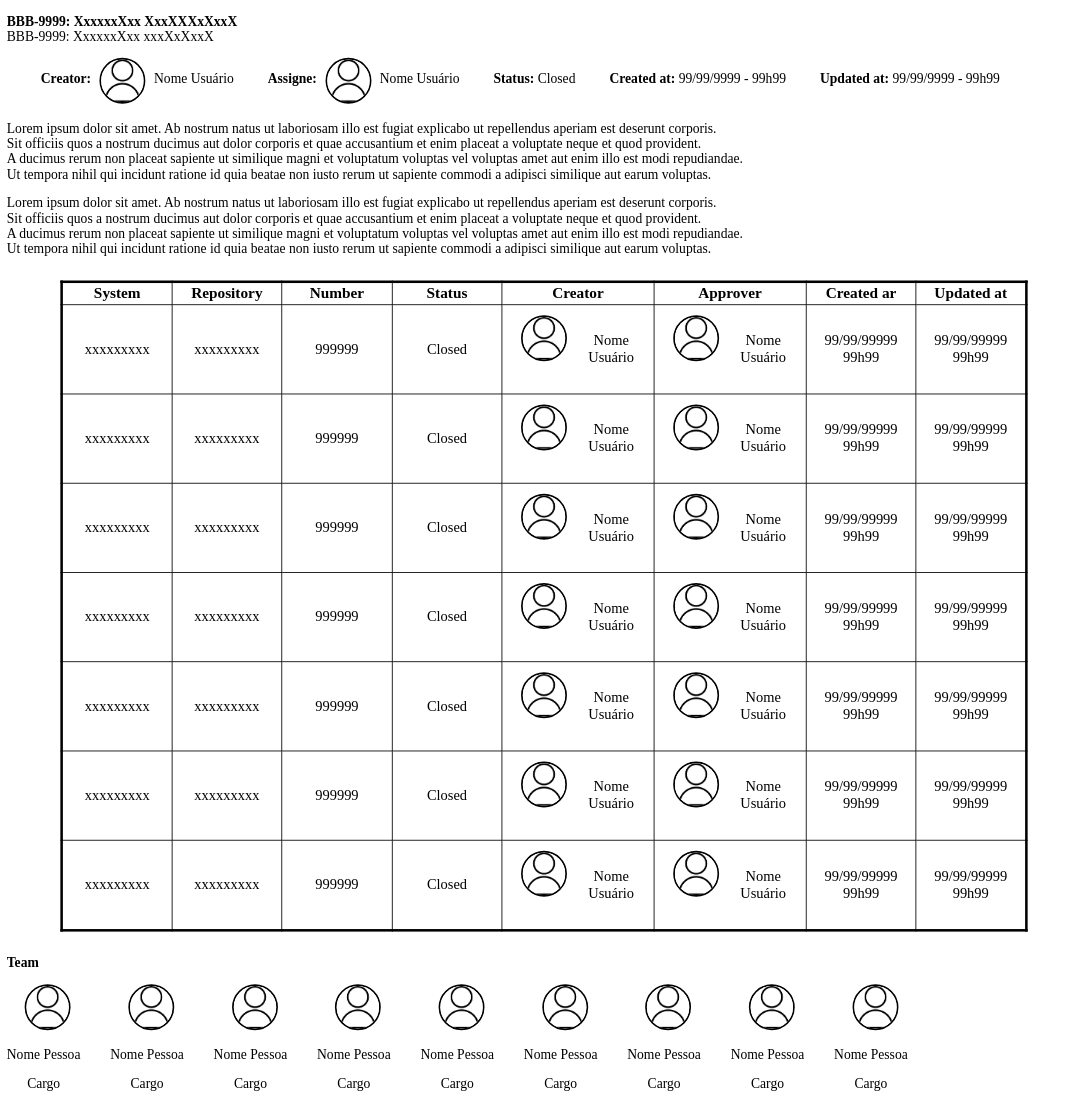
Repository: AnaBerlanda/PaginaFer
Page: index.html
An editor plug-in stored every save of this project. The page is shown before and after the next save, followed by the edit.
The browser window is 1280 px wide. The pictures show the whole page, at 85% of full size.

Above is the page before, as saved 2022-05-23 22:00:15.

### index.html
<!DOCTYPE html>
<html lang="en">
<head>
    <meta charset="UTF-8">
    <meta http-equiv="X-UA-Compatible" content="IE=edge">
    <meta name="viewport" content="width=device-width, initial-scale=1.0">
    <link type="text/css" rel="stylesheet" href="index.css">
    <title>Release</title>
</head>
<body>
    <p>
        <strong>BBB-9999: XxxxxxXxx XxxXXXxXxxX</strong><br>
        BBB-9999: XxxxxxXxx xxxXxXxxX
    </p>
    <div class="container">
        <div class="textos">
        <p class="sub-titulos"><strong>Creator:</strong></p>
        </div>
        <div class="imagem">
            <img src="imagem/Icone-usuario-Png-1024x1024.png">
        </div>
        <div class="nome-usuario">
            <p>Nome Usuário</p>
        </div>
        <div class="textos">
            <p class="sub-titulos"><strong>Assigne:</strong></p>
        </div>
            <div class="imagem">
                <img src="imagem/Icone-usuario-Png-1024x1024.png">
            </div>
            <div class="nome-usuario">
                <p>Nome Usuário</p>
            </div>
        <div class="textos">
            <p class="sub-titulos"><strong>Status:</strong> Closed</p>
        </div>
        <div class="textos">
            <p class="sub-titulos"><strong>Created at:</strong> 99/99/9999 - 99h99</p>
        </div>
        <div class="textos">
            <p class="sub-titulos"><strong>Updated at:</strong> 99/99/9999 - 99h99</p>
        </div>
    </div>
    <p>
        Lorem ipsum dolor sit amet. Ab nostrum natus ut laboriosam illo est fugiat explicabo ut repellendus aperiam est deserunt corporis.<br> Sit officiis quos a nostrum ducimus aut dolor corporis et quae accusantium et enim placeat a voluptate neque et quod provident.<br> A ducimus rerum non placeat sapiente ut similique magni et voluptatum voluptas vel voluptas amet aut enim illo est modi repudiandae.<br> Ut tempora nihil qui incidunt ratione id quia beatae non iusto rerum ut sapiente commodi a adipisci similique aut earum voluptas.
    </p>
    <p>
        Lorem ipsum dolor sit amet. Ab nostrum natus ut laboriosam illo est fugiat explicabo ut repellendus aperiam est deserunt corporis.<br> Sit officiis quos a nostrum ducimus aut dolor corporis et quae accusantium et enim placeat a voluptate neque et quod provident.<br> A ducimus rerum non placeat sapiente ut similique magni et voluptatum voluptas vel voluptas amet aut enim illo est modi repudiandae.<br> Ut tempora nihil qui incidunt ratione id quia beatae non iusto rerum ut sapiente commodi a adipisci similique aut earum voluptas.
    </p>
    <table class="tabela">
        <tr>
            <th>System</th>
            <th>Repository</th>
            <th>Number</th>
            <th>Status</th>
            <th>Creator</th>
            <th>Approver</th>
            <th>Created ar</th>
            <th>Updated at</th>
        </tr>
        <tr>
            <td>xxxxxxxxx</td>
            <td>xxxxxxxxx</td>
            <td>999999</td>
            <td>Closed</td>
            <td>
                <div class="tabela-imagem">
                    <div class="imagem">
                    <img src="imagem/Icone-usuario-Png-1024x1024.png">
                    </div>
                <div class="textos">
                    <p class="nome">Nome Usuário</p>
                </div>
                </div>
            </td>
            <td>
                <div class="tabela-imagem">
                    <div class="imagem">
                    <img src="imagem/Icone-usuario-Png-1024x1024.png">
                    </div>
                <div class="textos">
                    <p class="nome">Nome Usuário</p>
                </div>
                </div>
            </td>
            <td>99/99/99999 99h99</td>
            <td>99/99/99999 99h99</td>
        </tr>
        <tr>
            <td>xxxxxxxxx</td>
            <td>xxxxxxxxx</td>
            <td>999999</td>
            <td>Closed</td>
            <td>
                <div class="tabela-imagem">
                    <div class="imagem">
                    <img src="imagem/Icone-usuario-Png-1024x1024.png">
                    </div>
                <div class="textos">
                    <p class="nome">Nome Usuário</p>
                </div>
                </div>
            </td>
            <td>
                <div class="tabela-imagem">
                    <div class="imagem">
                    <img src="imagem/Icone-usuario-Png-1024x1024.png">
                    </div>
                <div class="textos">
                    <p class="nome">Nome Usuário</p>
                </div>
                </div>
            </td>
            <td>99/99/99999 99h99</td>
            <td>99/99/99999 99h99</td>
        </tr>
        <tr>
            <td>xxxxxxxxx</td>
            <td>xxxxxxxxx</td>
            <td>999999</td>
            <td>Closed</td>
            <td>
                <div class="tabela-imagem">
                    <div class="imagem">
                    <img src="imagem/Icone-usuario-Png-1024x1024.png">
                    </div>
                <div class="textos">
                    <p class="nome">Nome Usuário</p>
                </div>
                </div>
            </td>
            <td>
                <div class="tabela-imagem">
                    <div class="imagem">
                    <img src="imagem/Icone-usuario-Png-1024x1024.png">
                    </div>
                <div class="textos">
                    <p class="nome">Nome Usuário</p>
                </div>
                </div>
            </td>
            <td>99/99/99999 99h99</td>
            <td>99/99/99999 99h99</td>
        </tr>
        <tr>
            <td>xxxxxxxxx</td>
            <td>xxxxxxxxx</td>
            <td>999999</td>
            <td>Closed</td>
            <td>
                <div class="tabela-imagem">
                    <div class="imagem">
                    <img src="imagem/Icone-usuario-Png-1024x1024.png">
                    </div>
                <div class="textos">
                    <p class="nome">Nome Usuário</p>
                </div>
                </div>
            </td>
            <td>
                <div class="tabela-imagem">
                    <div class="imagem">
                    <img src="imagem/Icone-usuario-Png-1024x1024.png">
                    </div>
                <div class="textos">
                    <p class="nome">Nome Usuário</p>
                </div>
                </div>
            </td>
            <td>99/99/99999 99h99</td>
            <td>99/99/99999 99h99</td>
        </tr>
        <tr>
            <td>xxxxxxxxx</td>
            <td>xxxxxxxxx</td>
            <td>999999</td>
            <td>Closed</td>
            <td>
                <div class="tabela-imagem">
                    <div class="imagem">
                    <img src="imagem/Icone-usuario-Png-1024x1024.png">
                    </div>
                <div class="textos">
                    <p class="nome">Nome Usuário</p>
                </div>
                </div>
            </td>
            <td>
                <div class="tabela-imagem">
                    <div class="imagem">
                    <img src="imagem/Icone-usuario-Png-1024x1024.png">
                    </div>
                <div class="textos">
                    <p class="nome">Nome Usuário</p>
                </div>
                </div>
            </td>
            <td>99/99/99999 99h99</td>
            <td>99/99/99999 99h99</td>
        </tr>
        <tr>
            <td>xxxxxxxxx</td>
            <td>xxxxxxxxx</td>
            <td>999999</td>
            <td>Closed</td>
            <td>
                <div class="tabela-imagem">
                    <div class="imagem">
                    <img src="imagem/Icone-usuario-Png-1024x1024.png">
                    </div>
                <div class="textos">
                    <p class="nome">Nome Usuário</p>
                </div>
                </div>
            </td>
            <td>
                <div class="tabela-imagem">
                    <div class="imagem">
                    <img src="imagem/Icone-usuario-Png-1024x1024.png">
                    </div>
                <div class="textos">
                    <p class="nome">Nome Usuário</p>
                </div>
                </div>
            </td>
            <td>99/99/99999 99h99</td>
            <td>99/99/99999 99h99</td>
        </tr>
        <tr>
            <td>xxxxxxxxx</td>
            <td>xxxxxxxxx</td>
            <td>999999</td>
            <td>Closed</td>
            <td>
                <div class="tabela-imagem">
                    <div class="imagem">
                    <img src="imagem/Icone-usuario-Png-1024x1024.png">
                    </div>
                <div class="textos">
                    <p class="nome">Nome Usuário</p>
                </div>
                </div>
            </td>
            <td>
                <div class="tabela-imagem">
                    <div class="imagem">
                    <img src="imagem/Icone-usuario-Png-1024x1024.png">
                    </div>
                <div class="textos">
                    <p class="nome">Nome Usuário</p>
                </div>
                </div>
            </td>
            <td>99/99/99999 99h99</td>
            <td>99/99/99999 99h99</td>
        </tr>
    </table>
    <p><strong>Team</strong></p>
    <div class="imagens-time">
        <div class="imagem">
            <img src="imagem/Icone-usuario-Png-1024x1024.png">
            <p class="nome">Nome Pessoa</p>
            <p class="cargo">Cargo</p>
        </div>
        <div class="imagem">
            <img src="imagem/Icone-usuario-Png-1024x1024.png">
            <p class="nome">Nome Pessoa</p>
            <p class="cargo">Cargo</p>
        </div>
        <div class="imagem">
            <img src="imagem/Icone-usuario-Png-1024x1024.png">
            <p class="nome">Nome Pessoa</p>
            <p class="cargo">Cargo</p>
        </div>
        <div class="imagem">
            <img src="imagem/Icone-usuario-Png-1024x1024.png">
            <p class="nome">Nome Pessoa</p>
            <p class="cargo">Cargo</p>
        </div>
        <div class="imagem">
            <img src="imagem/Icone-usuario-Png-1024x1024.png">
            <p class="nome">Nome Pessoa</p>
            <p class="cargo">Cargo</p>
        </div>
        <div class="imagem">
            <img src="imagem/Icone-usuario-Png-1024x1024.png">
            <p class="nome">Nome Pessoa</p>
            <p class="cargo">Cargo</p>
        </div>
        <div class="imagem">
            <img src="imagem/Icone-usuario-Png-1024x1024.png">
            <p class="nome">Nome Pessoa</p>
            <p class="cargo">Cargo</p>
        </div>
        <div class="imagem">
            <img src="imagem/Icone-usuario-Png-1024x1024.png">
            <p class="nome">Nome Pessoa</p>
            <p class="cargo">Cargo</p>
        </div>
        <div class="imagem">
            <img src="imagem/Icone-usuario-Png-1024x1024.png">
            <p class="nome">Nome Pessoa</p>
            <p class="cargo">Cargo</p>
        </div>

    </div>
    <div class="textos-time">


    </div>

    </div>















</body>
</html>

### index.css
.container{
    display: flex;

}
.imagem img{
    width: 50px;
    height: 50px;
    border-radius: 50%;
    border: 2px solid black;
    margin-left: 10px;
}
.textos{
    margin-left: 40px;
}
.nome-usuario{
    margin-left: 10px;
}
.main-container{
    display: flex;
    justify-content: space-around;
    gap: 10px;
}
table {
    border-collapse: collapse;
    border: 3px solid black;
    width: 90%;
    margin: 28px auto;
    border-radius: 2%;
}
table th{
    border: 1px solid black;
    color:black;
    font-size: 18px;
    padding: 2px;

}
table td {
    text-align: center;
    border: 1px solid black;
    color: black;
    font-size: 17px;
    width: 10%;
    padding: 5px;
}
.tabela-imagem{
    display:flex
}
.tabela-imagem .textos{
    margin: 10px;
}
.tabela-imagem .imagem{
    margin: 7px;
}
.imagens-time{
display: flex;
}
.imagens-time{
    display: flex;
    gap: 35px;
}
.imagens-time .imagem {
    margin: 0;
    padding: 0;
    text-align: center;
}

After the next save:
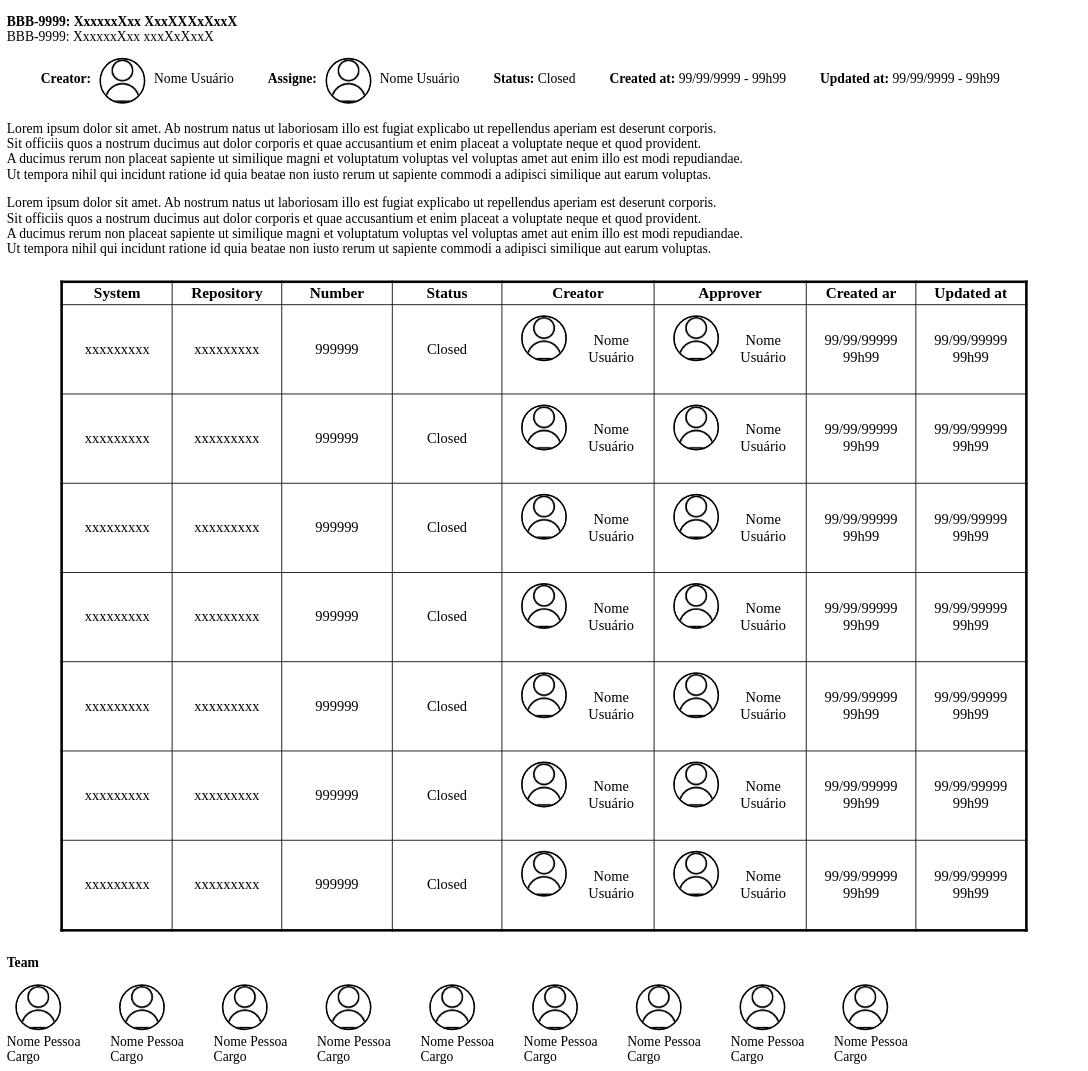
Saved 39 s later.
--- a/index.css
+++ b/index.css
@@ -50,6 +50,7 @@ table td {
 }
 .tabela-imagem .imagem{
     margin: 7px;
+    text-align: center;
 }
 .imagens-time{
 display: flex;
@@ -58,8 +59,7 @@ display: flex;
     display: flex;
     gap: 35px;
 }
-.imagens-time .imagem {
+.imagens-time .imagem p{
     margin: 0;
     padding: 0;
-    text-align: center;
 }
